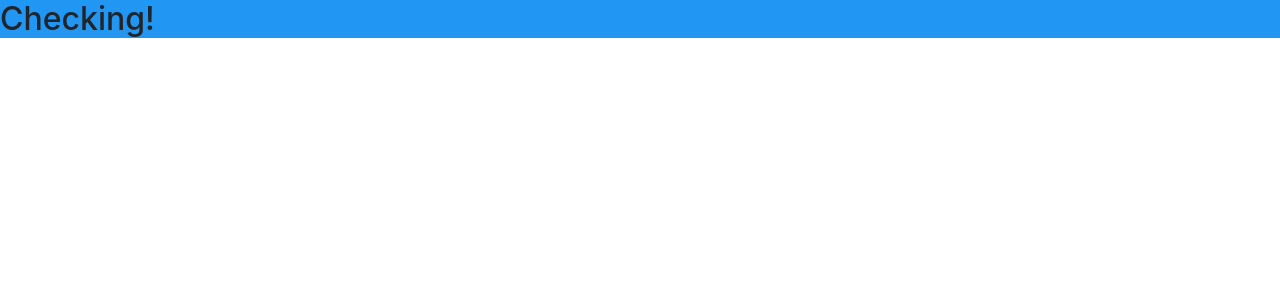
Repository: neerajchavan/E-Commerce-Project
Page: http://localhost/E-Commerce-Project/About.jsp
The author's editor kept a copy of each file at every save. The page is drawn from the files as they stood at one save, then again after the next save.
The browser window is 1280 px wide. The pictures show the whole page.
Some web libraries are served in a nearby version. The page is served by Tomcat 9.

Above is the page before, as saved 2020-10-07 15:35:43.

After the next save:
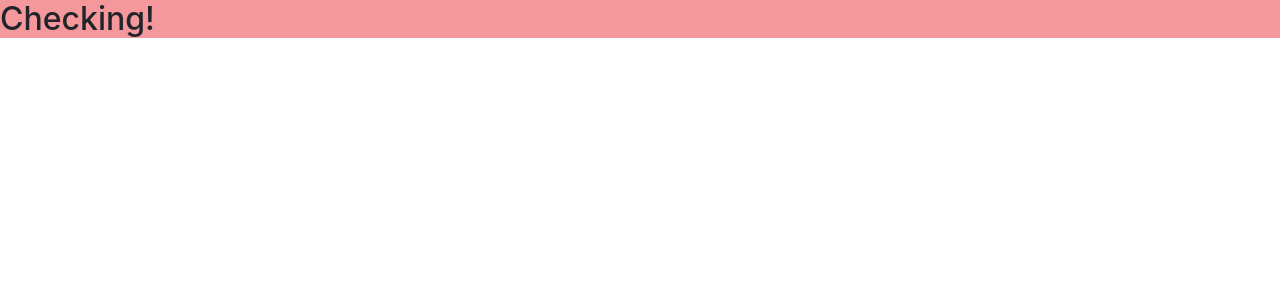
Saved 2 min 21 s later.
--- a/E-Commerce-Project/WebContent/CSS/Style.css
+++ b/E-Commerce-Project/WebContent/CSS/Style.css
@@ -1,3 +1,3 @@
 .custom-bg{
-	background:#2196f3;
+	background:#F4989C;
 }
